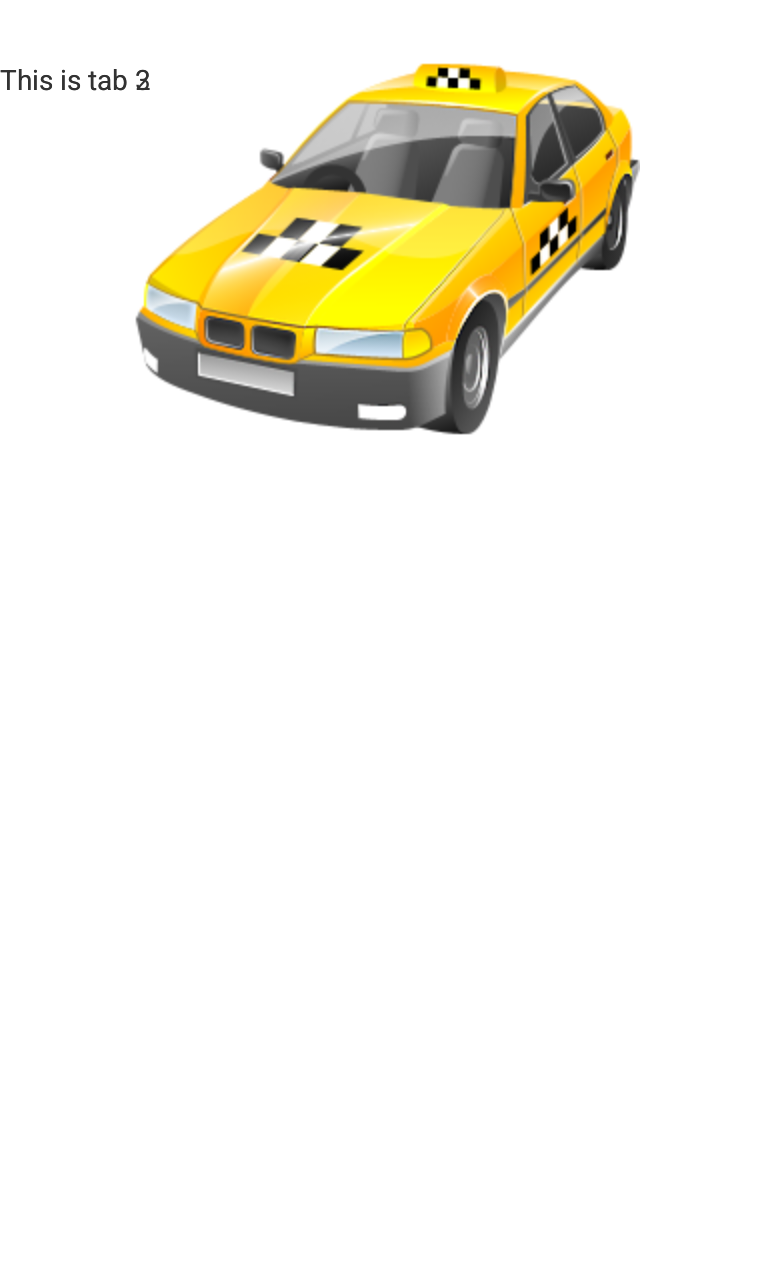
Repository: fernandohur/moviles
Layout: ClienteTaxista/res/layout/activity_main.xml
An editor plug-in stored every save of this project. The layout is shown before and after the next save, followed by the edit.
It is drawn on a 768 x 1280 px phone screen (xhdpi) without system bars, with theme AppTheme; the app's code is not run.

Above is the layout before, as saved 2013-03-07 14:57:02.

### ClienteTaxista/res/layout/activity_main.xml
<?xml version="1.0" encoding="utf-8"?>
<TabHost xmlns:android="http://schemas.android.com/apk/res/android"
    android:id="@+id/tabHost"
    android:layout_width="fill_parent"
    android:layout_height="fill_parent" >

    <TabWidget
        android:id="@android:id/tabs"
        android:layout_width="fill_parent"
        android:layout_height="60dp" />

    <FrameLayout
        android:id="@android:id/tabcontent"
        android:layout_width="fill_parent"
        android:layout_height="fill_parent" >

        <RelativeLayout
            android:id="@+id/tab1"
            android:layout_width="fill_parent"
            android:layout_height="wrap_content"
            android:orientation="vertical"
             >

            <ImageView
                android:id="@+id/imageView1"
                android:layout_width="match_parent"
                android:layout_height="wrap_content"
                android:layout_weight="4.17"
                android:src="@drawable/taxiicon" />

        </RelativeLayout>

        <LinearLayout
            android:id="@+id/tab2"
            android:layout_width="fill_parent"
            android:layout_height="fill_parent"
            android:orientation="vertical"
            android:paddingTop="60px" >

            <TextView
                android:id="@+id/txt2"
                android:layout_width="fill_parent"
                android:layout_height="100px"
                android:text="This is tab 2" />
        </LinearLayout>

        <LinearLayout
            android:id="@+id/tab3"
            android:layout_width="fill_parent"
            android:layout_height="fill_parent"
            android:orientation="vertical"
            android:paddingTop="60px" >

            <TextView
                android:id="@+id/txt3"
                android:layout_width="fill_parent"
                android:layout_height="100px"
                android:text="This is tab 3" />
        </LinearLayout>

    </FrameLayout>

</TabHost>

Loaded but not shown: ClienteTaxista/res/values/styles.xml (common file); ClienteTaxista/res/values-v11/styles.xml (common file); ClienteTaxista/res/values-v14/styles.xml (common file)

After the next save:
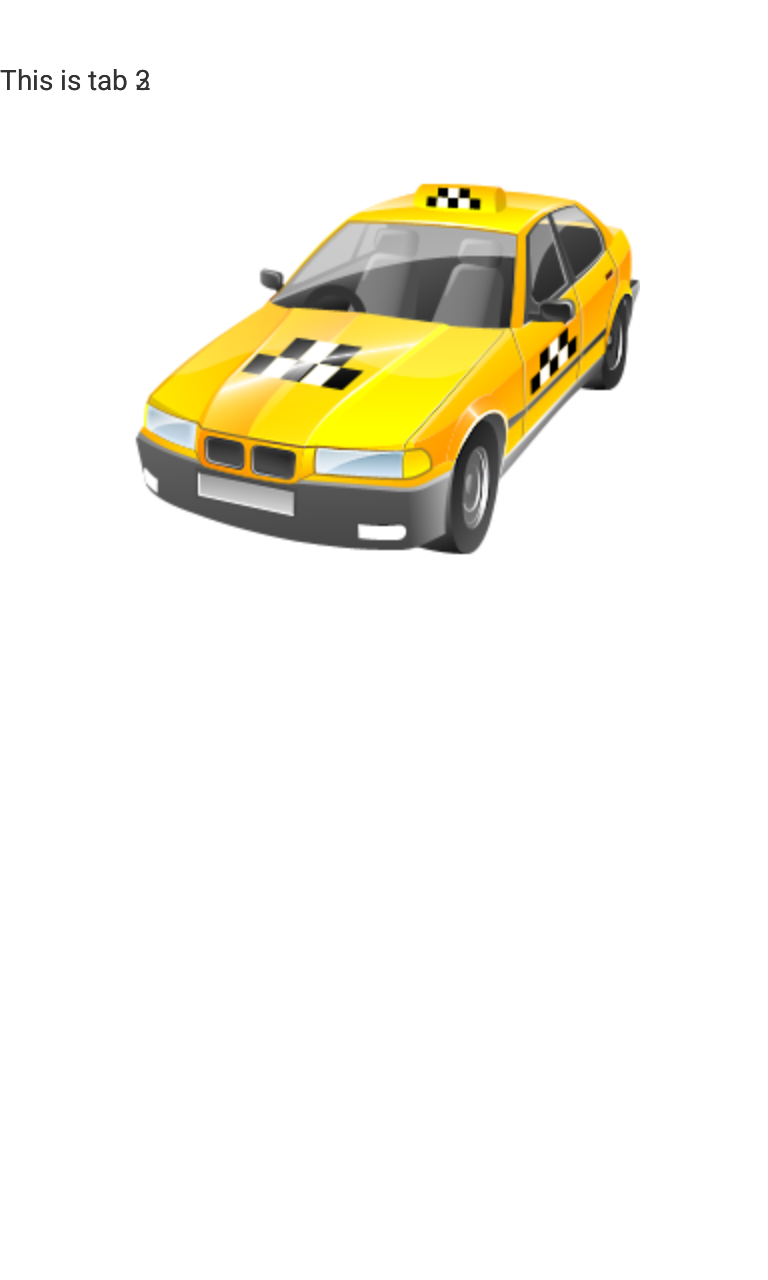
Saved 20 s later.
--- a/ClienteTaxista/res/layout/activity_main.xml
+++ b/ClienteTaxista/res/layout/activity_main.xml
@@ -19,7 +19,7 @@
             android:layout_width="fill_parent"
             android:layout_height="wrap_content"
             android:orientation="vertical"
-             >
+            android:layout_marginTop="60dp" >
 
             <ImageView
                 android:id="@+id/imageView1"
